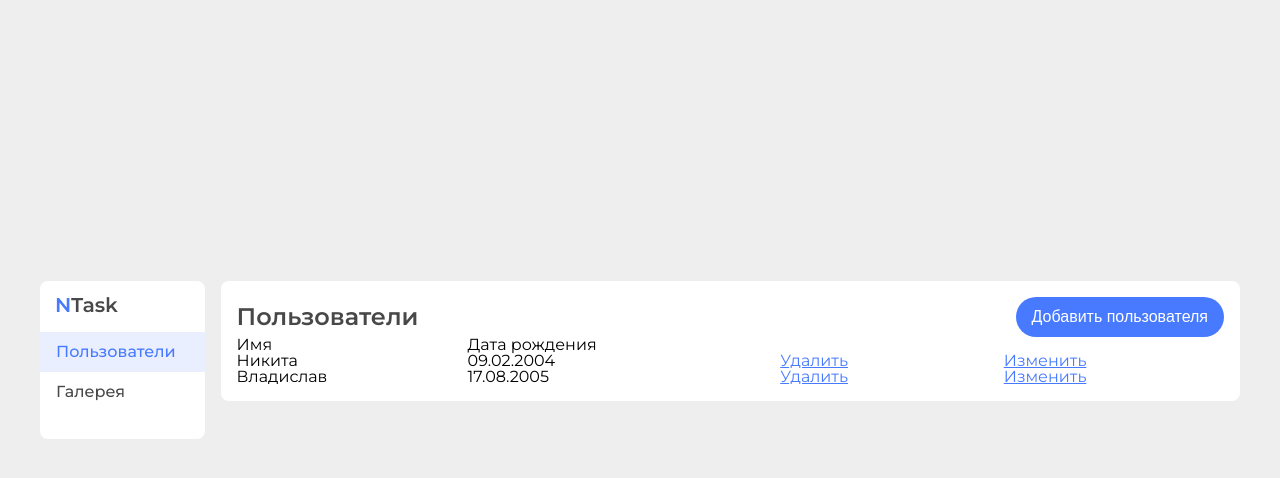
Repository: Grid-Master/NTask
Page: /gallery
These files come from the project's save history. The page is drawn as it stood at one moment and after the next save; the edit follows.
The browser window is 1280 px wide. The pictures show the whole page.
The project was rebuilt for these pictures with package versions that can differ from the ones it lists, and the page was loaded fresh each time. Also part of the build but not shown: src/components/gallery/gallery.sass, src/components/gallery/Gallery.tsx, src/components/updateUser/updateUser.sass, src/components/updateUser/UpdateUser.tsx.

Above is the page before, as saved 2023-06-09 21:10:31.

### public/index.html
<!DOCTYPE html>
<html lang="en">
  <head>
    <meta charset="utf-8" />
    <link rel="icon" href="%PUBLIC_URL%/favicon.ico" />
    <meta name="viewport" content="width=device-width, initial-scale=1" />
    <meta name="theme-color" content="#000000" />
    <meta name="description" content="Web site created using create-react-app" />
    <link rel="apple-touch-icon" href="%PUBLIC_URL%/logo192.png" />
    <link rel="preconnect" href="https://fonts.googleapis.com" />
    <link rel="preconnect" href="https://fonts.gstatic.com" crossorigin />
    <link
      href="https://fonts.googleapis.com/css2?family=Montserrat:wght@300;400;500;600;700&display=swap"
      rel="stylesheet" />
    <link rel="manifest" href="%PUBLIC_URL%/manifest.json" />
    <title>React App</title>
  </head>
  <body>
    <noscript>You need to enable JavaScript to run this app.</noscript>
    <div id="root"></div>
  </body>
</html>

### src/index.tsx
import React from 'react';
import ReactDOM from 'react-dom/client';
import { Provider } from 'react-redux';
import './index.css';
import App from './App';
import { BrowserRouter } from 'react-router-dom';
import store from './store';

const root = ReactDOM.createRoot(document.getElementById('root') as HTMLElement);
root.render(
  <React.StrictMode>
    <BrowserRouter>
      <Provider store={store}>
        <App />
      </Provider>
    </BrowserRouter>
  </React.StrictMode>,
);

### src/index.css
html, body, div, span, applet, object, iframe,
h1, h2, h3, h4, h5, h6, p, blockquote, pre,
a, abbr, acronym, address, big, cite, code,
del, dfn, em, img, ins, kbd, q, s, samp,
small, strike, strong, sub, sup, tt, var,
b, u, i, center,
dl, dt, dd, ol, ul, li,
fieldset, form, label, legend,
table, caption, tbody, tfoot, thead, tr, th, td,
article, aside, canvas, details, embed,
figure, figcaption, footer, header, hgroup,
menu, nav, output, ruby, section, summary,
time, mark, audio, video {
	margin: 0;
	padding: 0;
	border: 0;
	font-size: 100%;
	font: inherit;
	vertical-align: baseline;
}
/* HTML5 display-role reset for older browsers */
article, aside, details, figcaption, figure,
footer, header, hgroup, menu, nav, section {
	display: block;
}
body {
	line-height: 1;
}
ol, ul {
	list-style: none;
}
blockquote, q {
	quotes: none;
}
blockquote:before, blockquote:after,
q:before, q:after {
	content: '';
	content: none;
}
table {
	border-collapse: collapse;
}
body {
  margin: 0;
  font-family: Montserrat;
  background: #EEEEEE;
;
}
input {
	font-family: Montserrat;
}

#root {
	display: flex;
	align-items: center;
	justify-content: center;
	height: 100vh;
}

code {
  font-family: source-code-pro, Menlo, Monaco, Consolas, 'Courier New',
    monospace;
}

### src/App.tsx
import './App.css';
import { FC, useEffect } from 'react';
import Navbar from './components/navabar/Navbar';
import UserList from './components/userList/UserList';
import { Routes, Route, useNavigate } from 'react-router-dom';
import Gallery from './components/gallery/Gallery';
import UpdateUser from './components/updateUser/UpdateUser';

const App: FC = () => {
  const navigate = useNavigate();
  useEffect(() => {
    navigate('/NTask/users');
  }, []);

  return (
    <div className="App">
      <Navbar />
      <Routes>
        <Route path="/NTask/users" element={<UserList />} />
        <Route path="/NTask/users/:id" element={<UpdateUser />} />
        <Route path="/NTask/gallery" element={<Gallery />} />
        <Route path="*" element={<h1>Error</h1>} />
      </Routes>
    </div>
  );
};

export default App;

### src/store/index.ts
import { configureStore } from '@reduxjs/toolkit';
import usersReducer from './usersSlice';
import galleryReducer from './gallerySlice';

const store = configureStore({
  reducer: { usersReducer, galleryReducer },
});

export default store;

export type RootState = ReturnType<typeof store.getState>;
export type AppDispatch = typeof store.dispatch;

### src/App.css
.App {

  width: 100%;
  display: flex;
  align-items:start;
  gap: 16px;
  max-width: 1200px;
  margin: 0 auto;
}

@media screen and (max-width: 1200px) {
  .App {
    flex-direction: column;
    max-width: 1000px;
  }
}
@media screen and (max-width: 1000px) {
  .App {
    max-width: 600px;
    padding: 16px;
  }
}
@media screen and (max-width: 600px) {
  .App {
    max-width: calc(320px - 32px);
  }
}

### src/components/navabar/Navbar.tsx
import { FC } from 'react';
import './navbar.sass';
import { useNavigate, useLocation } from 'react-router-dom';
const logo = require('../../images/logo.png');

const Navbar: FC = () => {
  const navigate = useNavigate();
  const { pathname } = useLocation();

  return (
    <div className="navbar">
      <div className="navbar__imagecontainer">
        <img src={logo} alt="logo" />
      </div>
      <div
        className={pathname.includes('/users') ? 'navbar__item navbar__active' : 'navbar__item'}
        onClick={() => navigate('/NTask/users')}>
        Пользователи
      </div>
      <div
        className={pathname.includes('/gallery') ? 'navbar__item navbar__active' : 'navbar__item'}
        onClick={() => navigate('/NTask/gallery')}>
        Галерея
      </div>
    </div>
  );
};

export default Navbar;

### src/components/userList/UserList.tsx
import React, { FC } from 'react';
import { useNavigate } from 'react-router-dom';
import './userList.sass';
import { useAppDispatch, useAppSelector } from '../../store/hooks';
import { removeUser } from '../../store/usersSlice';

const UserList: FC = () => {
  const navigate = useNavigate();
  const users = useAppSelector((state) => state.usersReducer.users);
  const dispatch = useAppDispatch();

  const updateHandler = (router: string) => {
    navigate(router);
    window.scrollTo(0, 0);
  };

  const deleteHandler = (id: number) => {
    dispatch(removeUser(id));
  };

  return (
    <div className="userList">
      <div className="userList__container">
        <h1 className="userList__title">Пользователи</h1>
        <button className="userList__addUserBtn" onClick={() => updateHandler('createuser')}>
          Добавить пользователя
        </button>
      </div>
      {/* <table className="userList__table">
        <tr className="userList__table-info">
          <td>Имя</td>
          <td>Дата рождения</td>
          <td></td>
          <td></td>
        </tr>
        {users.map((user) => (
          <tr key={user.id}>
            <td>{user.name}</td>
            <td>{user.date}</td>
            <td className="userList__table-btn" onClick={() => deleteHandler(user.id)}>
              Удалить
            </td>
            <td className="userList__table-btn" onClick={() => updateHandler(`${user.id}`)}>
              Изменить
            </td>
          </tr>
        ))}
      </table> */}
      <div className="userList__grid">
        <div>Имя</div>
        <div>Дата рождения</div>
        <div></div>
        <div></div>
        {users.map((user) => (
          <>
            <div>{user.name}</div>
            <div>{user.date}</div>
            <div className="userList__table-btn" onClick={() => deleteHandler(user.id)}>
              Удалить
            </div>
            <div className="userList__table-btn" onClick={() => updateHandler(`${user.id}`)}>
              Изменить
            </div>
          </>
        ))}
      </div>
    </div>
  );
};

export default UserList;

### src/store/usersSlice.ts
import { createSlice, PayloadAction } from '@reduxjs/toolkit';
import { users } from '../data/users';

export interface IUser {
  id: number;
  name: string;
  date: string;
}

const usersSlice = createSlice({
  name: 'users',
  initialState: {
    users: [...users] as IUser[],
  },
  reducers: {
    addUser(state, action: PayloadAction<IUser>) {
      state.users.push(action.payload);
    },
    updateUser(state, action: PayloadAction<IUser>) {
      let updateUser = state.users.find((user) => user.id === action.payload.id);
      if (updateUser) {
        updateUser.name = action.payload.name;
        updateUser.date = action.payload.date;
      }
      state.users = state.users.map((user) => (user.id === updateUser?.id ? updateUser : user));
    },
    removeUser(state, action: PayloadAction<number>) {
      state.users = state.users.filter((user) => user.id !== action.payload);
    },
  },
});

export const { removeUser, updateUser, addUser } = usersSlice.actions;

export default usersSlice.reducer;

### src/store/gallerySlice.ts
import { createSlice, PayloadAction } from '@reduxjs/toolkit';

export interface IPhoto {
  id: number;
  isSelected: boolean;
  file: any;
}

const gallerySlice = createSlice({
  name: 'users',
  initialState: {
    photos: [] as IPhoto[],
  },
  reducers: {
    addPhoto(state, action: PayloadAction<IPhoto>) {
      state.photos.unshift(action.payload);
    },
    pickPhoto(state, action: PayloadAction<number>) {
      const pickedPhoto = state.photos.findIndex((photo) => photo.id === action.payload);
      console.log(pickedPhoto, 'picked');
      if (pickedPhoto !== -1) {
        state.photos[pickedPhoto] = {
          ...state.photos[pickedPhoto],
          isSelected: !state.photos[pickedPhoto].isSelected,
        };
      }
    },
    removePhotos(state) {
      state.photos = state.photos.filter((photo) => !photo.isSelected);
    },
  },
});

export const { addPhoto, pickPhoto, removePhotos } = gallerySlice.actions;

export default gallerySlice.reducer;

### src/components/navabar/navbar.sass
.navbar
    width: 200px
    height: 158px
    background: #FFFFFF
    border-radius: 8px
    &__imagecontainer
        padding: 16px 0
        margin-left: 16px
    &__item
        padding: 8px 16px
        cursor: pointer
        font-weight: 500
        font-size: 16px
        line-height: 150%
        color: #484848
        transition: .3s
        &:hover
            color: #477AFF

    &__active
        background: #E9EFFF
        color: #477AFF

@media screen and (max-width: 600px)
    .navbar
        width: 288px
        height: 158px

### src/components/userList/userList.sass
.userList
    width: 100%
    background: #FFFFFF
    border-radius: 8px
    padding: 16px
    &__container
        display: flex
        align-items: center
        justify-content: space-between
    &__title
        font-weight: 600
        font-size: 24px
        line-height: 150%
        color: #484848
    &__addUserBtn
        font-weight: 500
        font-size: 16px
        line-height: 100%
        color: #FFFFFF
        background: #477AFF
        border-radius: 20px
        padding: 12px 16px
        border: none
        outline: none
        cursor: pointer
        transition: .3s
        &:hover
            opacity: .8
    &__table
        margin-top: 10px
        // width: 952px
        td
            border: 1px solid #EEEEEE
            width: 238px
            text-align: start
            padding: 8px 0
            padding-left: 8px
        &-btn
            cursor: pointer
            text-decoration-line: underline
            color: #477AFF
            transition: .2s
            text-align: center !important
            &:hover
                opacity: .8
        // tr td:nth-child(2)
        //     width: 3000px
        // tr:first-child td:first-child
        //     border-radius: 8px 0 0 0
        // tr:first-child td:last-child
        //     border-radius: 0 8px 0 0
        // tr:last-child td:first-child
        //     border-radius: 0 0 8px 0
        // tr:last-child td:last-child
        //     border-radius: 0 0 0 8px //??
        &-info
            background-color: #EEEEEE
            border-radius: 8px !important
    &__grid
        display: grid
        grid-template-columns: repeat(4, 231px)
        grid-column-gap: 0px
        grid-row-gap: 0px

@media screen and (max-width: 1200px)
    .userList
        width: calc( 100% - 32px )
@media screen and (max-width: 600px)
    .userList
        &__table
            display: block
            overflow-x: scroll
            td
                width: 131px
            &::-webkit-scrollbar
                // width: 4px
                scroll-margin-top: 5px
                height: 4px
                border: 1px solid #d5d5d5
            &::-webkit-scrollbar-track
                border-radius: 0
                background: #eeeeee
            &::-webkit-scrollbar-thumb
                border-radius: 0
                background: #b0b0b0
                cursor: pointer
        >div
            flex-direction: column
            align-items: start
        &__title
            margin-bottom: 10px

### src/store/hooks.ts
import { useDispatch, useSelector, TypedUseSelectorHook } from 'react-redux';
import type { RootState, AppDispatch } from '../store';

export const useAppDispatch = () => useDispatch<AppDispatch>();
export const useAppSelector: TypedUseSelectorHook<RootState> = useSelector;

### src/data/users.ts
import { IUser } from '../store/usersSlice';

export const users: IUser[] = [
  {
    id: 1,
    name: 'Никита',
    date: '09.02.2004',
  },
  {
    id: 2,
    name: 'Владислав',
    date: '17.08.2005',
  },
];

After the next save:
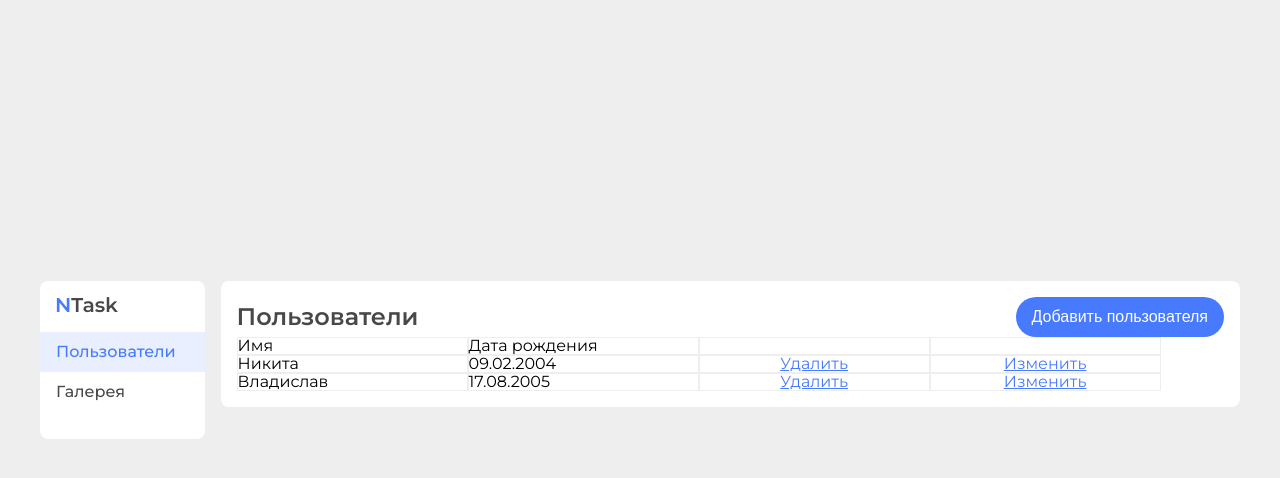
Saved 7 min 1 s later.
--- a/src/components/userList/userList.sass
+++ b/src/components/userList/userList.sass
@@ -61,6 +61,8 @@
         grid-template-columns: repeat(4, 231px)
         grid-column-gap: 0px
         grid-row-gap: 0px
+        >div
+            border: 1px solid #EEEEEE
 
 @media screen and (max-width: 1200px)
     .userList
